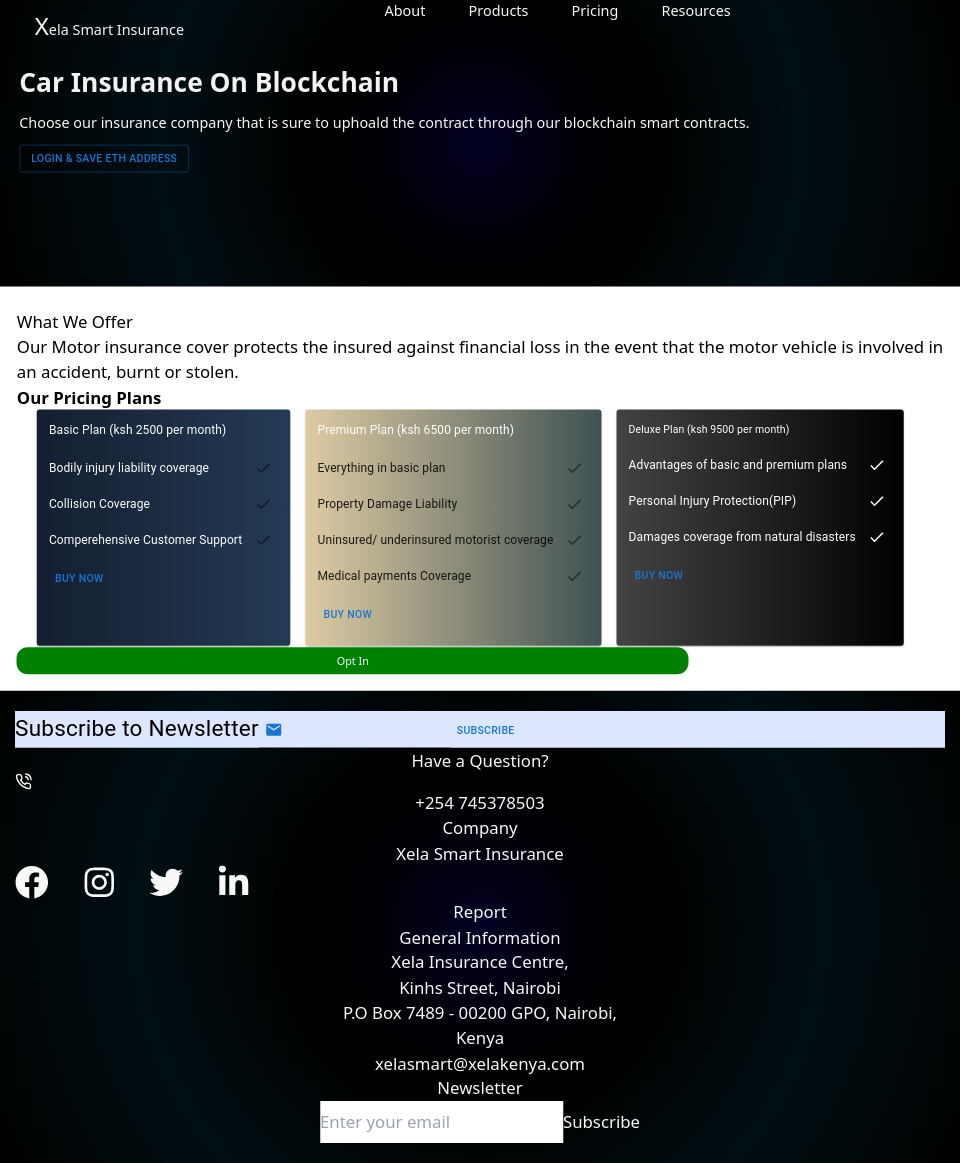
Repository: ALVIN-OBONYO/Xela-smart_insuarance
Page: / (app in frontend/)
These files come from the project's save history. The page is drawn as it stood at one moment and after the next save; the edit follows.
The browser window is 1280 px wide. The pictures show the whole page, at 75% of full size.
The project was rebuilt for these pictures with package versions that can differ from the ones it lists, and the page was loaded fresh each time. Also part of the build but not shown: frontend/src/Pages/Policies.jsx, frontend/src/Components/Calendar.css, frontend/src/Components/Calendar.jsx, frontend/src/Components/Input.js, frontend/src/Components/Upload.css, frontend/src/Components/Upload.js, frontend/src/Pages/ReportForm.jsx, frontend/src/Pages/Report.jsx and 2 more.

Above is the page before, as saved 2022-10-04 08:13:08.

After the next save:
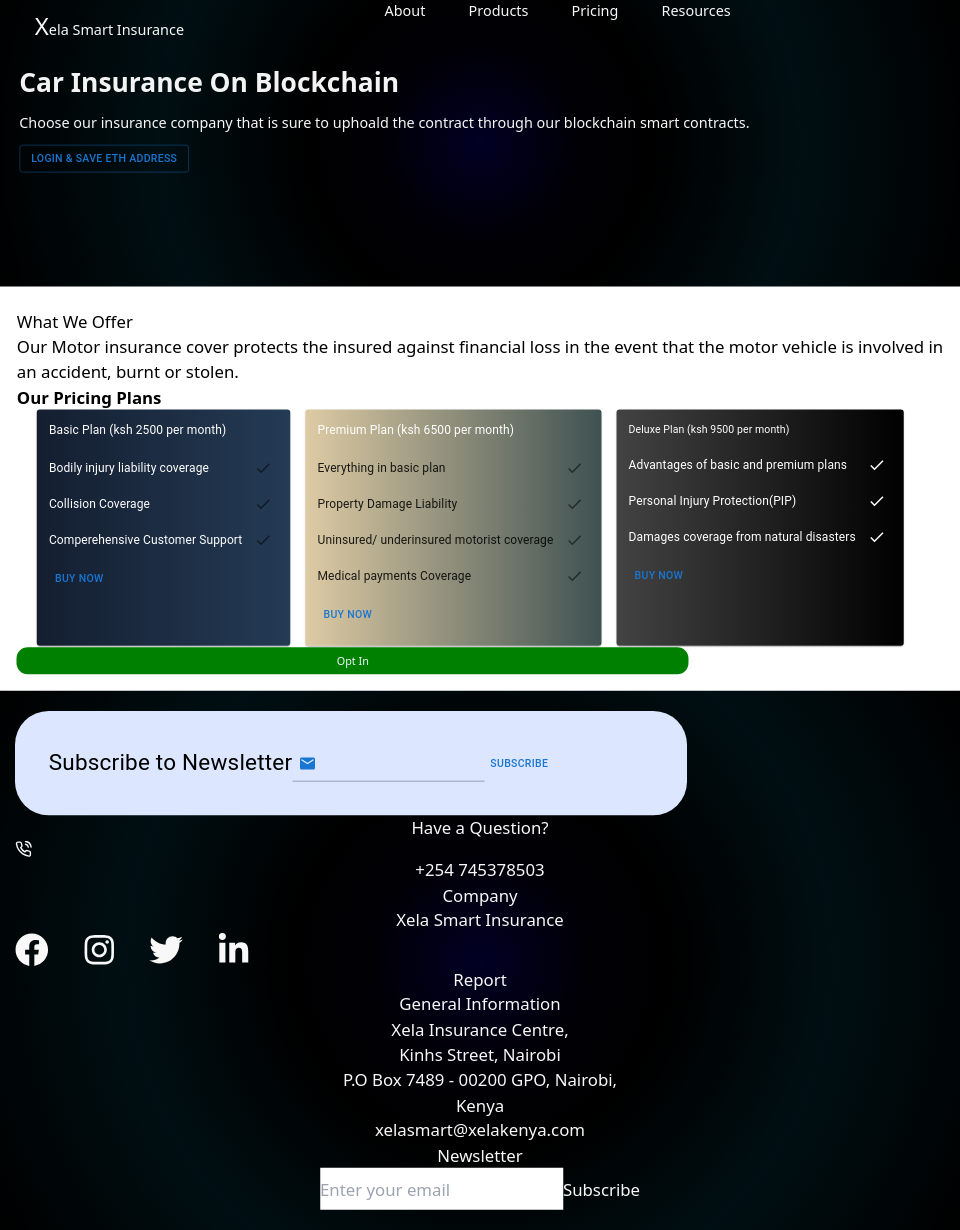
Saved 57 s later.
--- a/frontend/src/Components/Navbar.css
+++ b/frontend/src/Components/Navbar.css
@@ -112,6 +112,9 @@ input[type=text] {
     color: rgb(0, 0, 0);
     flex-direction: row;
     flex-wrap: wrap;
+    padding: 2em;
+    max-width: 70vw;
+    border-radius: 2em;
 
 }
 .navflex {
